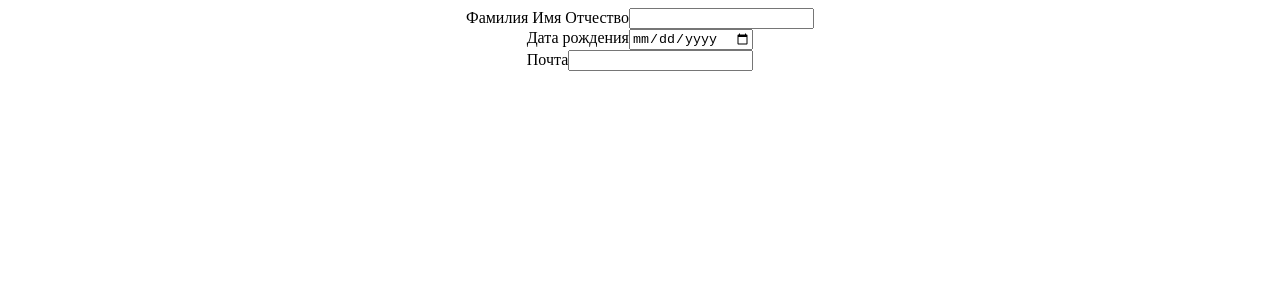
Repository: asya-aisa/test-work
Page: /
The author's editor kept a copy of each file at every save. The page is drawn from the files as they stood at one save, then again after the next save.
The browser window is 1280 px wide. The pictures show the whole page.
The project was rebuilt for these pictures with package versions that can differ from the ones it lists, and the page was loaded fresh each time.

Above is the page before, as saved 2023-07-19 22:21:06.

After the next save:
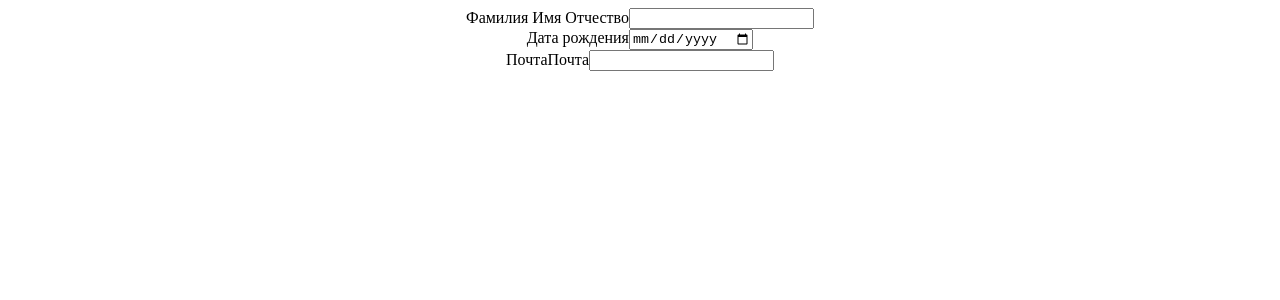
Saved 6 s later.
--- a/src/InfoPartOne.js
+++ b/src/InfoPartOne.js
@@ -40,6 +40,7 @@ export class InfoPartOne extends Component {
                 </div>
                 <div>
                     <label>Почта</label>
+                    <label>Почта</label>
                     <input type="email" required=""  />
                 </div>
 
